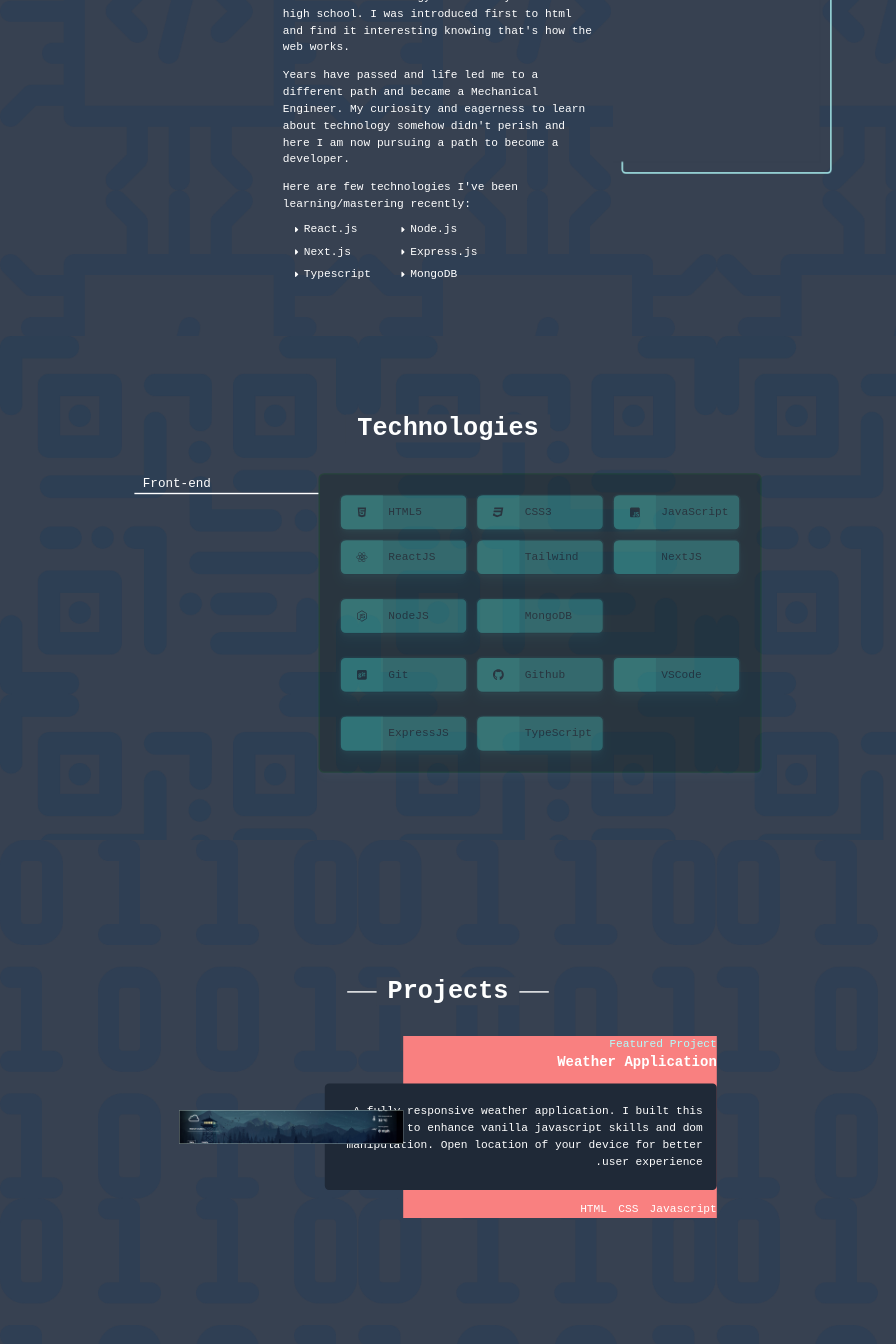
Repository: riandev25/nextjs-portfolio
Page: /
An editor plug-in stored every save of this project. The page is shown before and after the next save, followed by the edit.
The browser window is 1280 px wide. The pictures show the part of the page from y = 960 to 2880 px (the page is 2880 px tall), at 70% of full size.
Backgrounds fixed to the window are drawn as part of the page. The project was rebuilt for these pictures with package versions that can differ from the ones it lists, and the page was loaded fresh each time. The framework's server and built-in components were replaced by stand-ins that run in the browser. Also part of the build but not shown: next.config.js, components/Home/Keyboard/index.module.css, components/Home/Keyboard/index.jsx.

Above is the page before, as saved 2022-11-12 21:41:31.

After the next save:
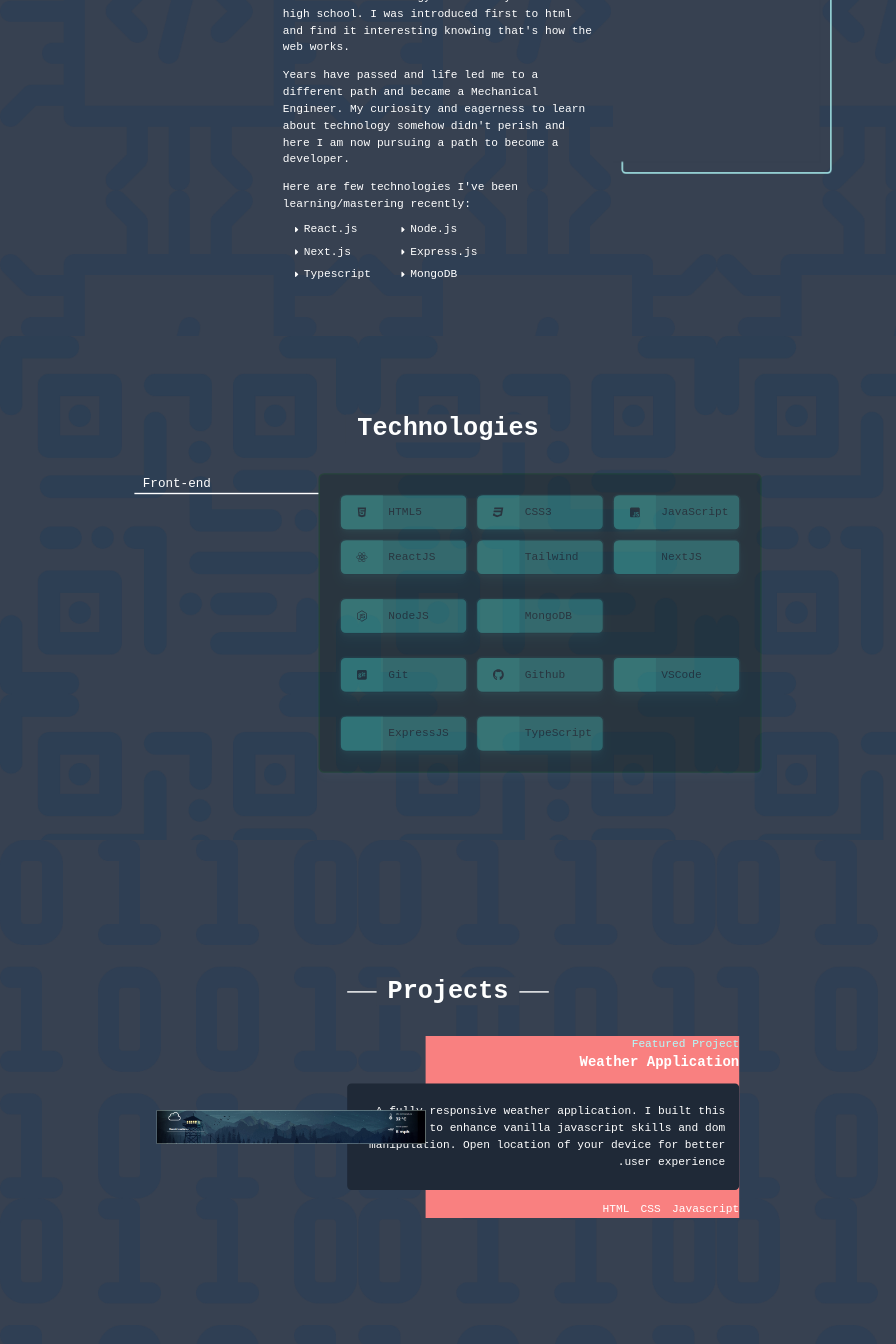
Saved 12 s later.
--- a/components/Projects/index.jsx
+++ b/components/Projects/index.jsx
@@ -25,7 +25,7 @@ const Projects = () => {
   return (
     <div className='pt-4 flex flex-col w-full h-screen gap-11 justify-center items-center text-white px-20 bg-bg_binary_image bg-fixed'>
       <PageHeader title='Projects' />
-      <div className='flex flex-row justify-center items-center max-w-3xl '>
+      <div className='flex flex-row justify-center items-center max-w-5xl '>
         <section className='relative w-96 h-12 bg-green-100 flex-1 flex'>
           <Image
             src={WeatherImage}
